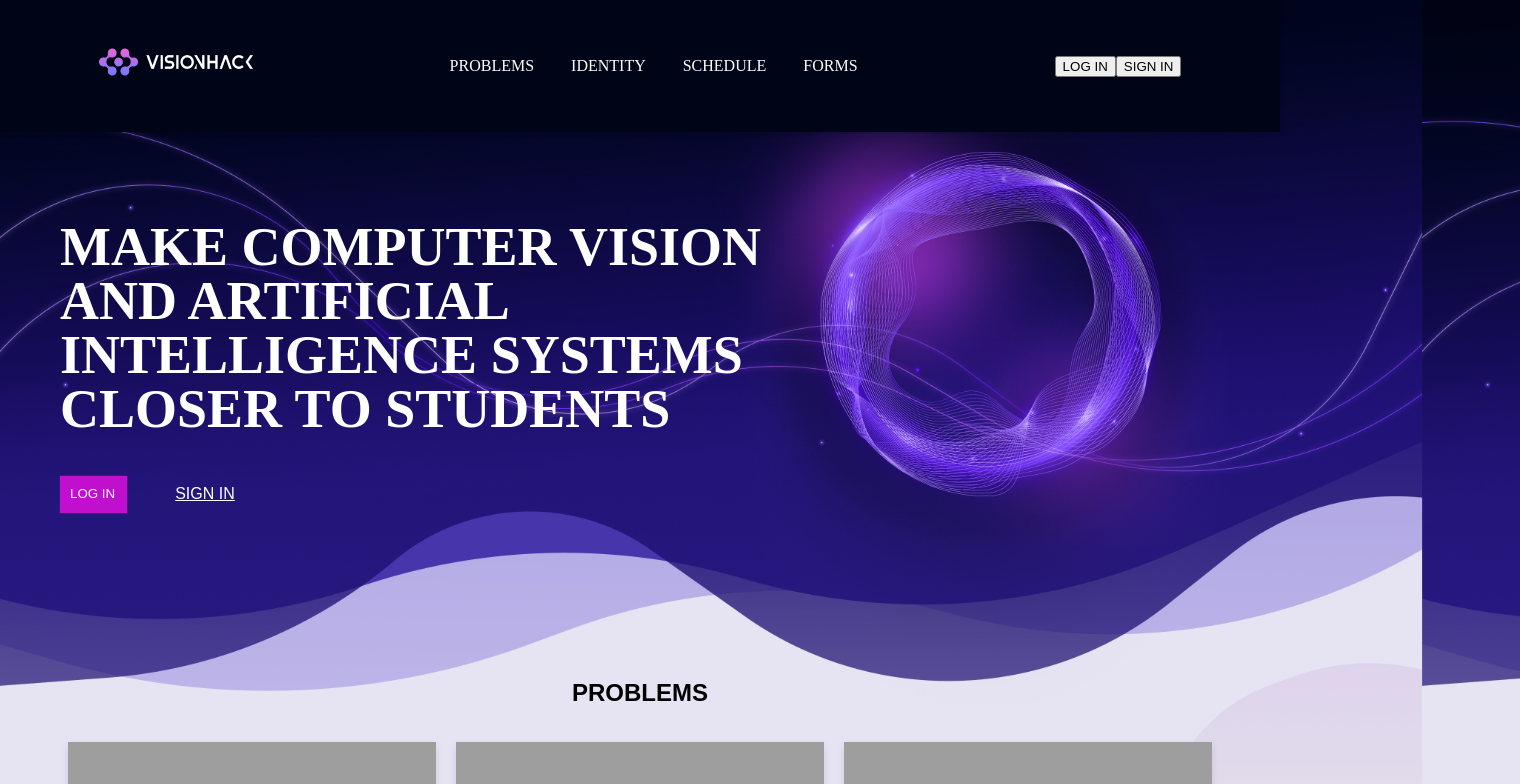
Repository: krmvz/VisionHack
Page: /
These files come from the project's save history. The page is drawn as it stood at one moment and after the next save; the edit follows.
The browser window is 1280 px wide. The page is 1520 px wide, then 1280 px, so the pictures cover 1520 px, including what lies to the right of the window. The pictures show the part of the page from y = 0 to 784 px (the page is 2780 px tall).
Pictures or frames that could not be fetched are drawn as grey boxes. The project was rebuilt for these pictures with package versions that can differ from the ones it lists, and the page was loaded fresh each time.

Above is the page before, as saved 2024-05-30 12:19:50.

After the next save:
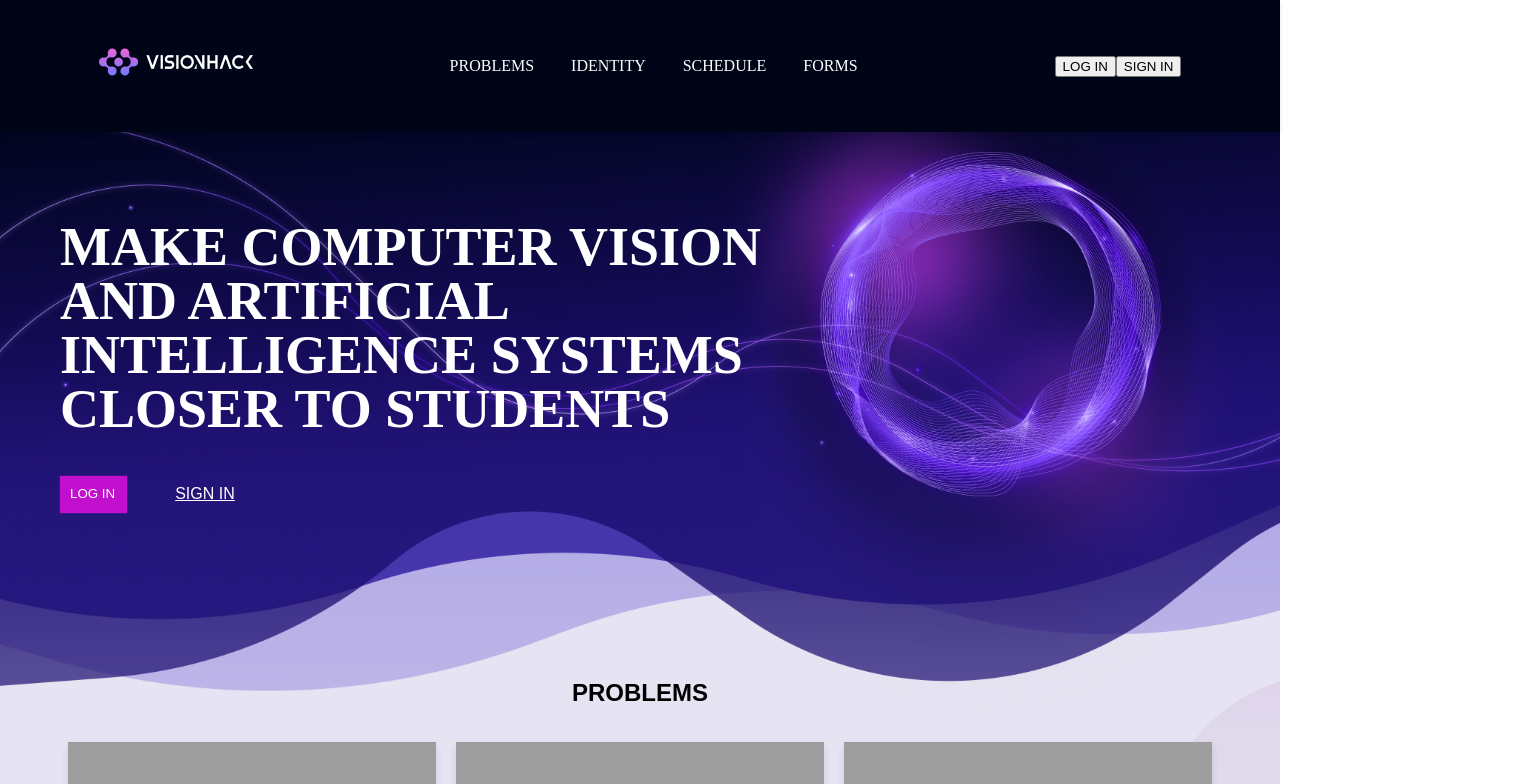
Saved 16 s later.
--- a/src/components/Form/Forms.scss
+++ b/src/components/Form/Forms.scss
@@ -1,5 +1,5 @@
 .forms{
-    margin: 100px 0px 0px 500px;
+    margin: 100px 0px 0px 200px;
     width: 500px;
     display: flex;
     flex-direction: column;
